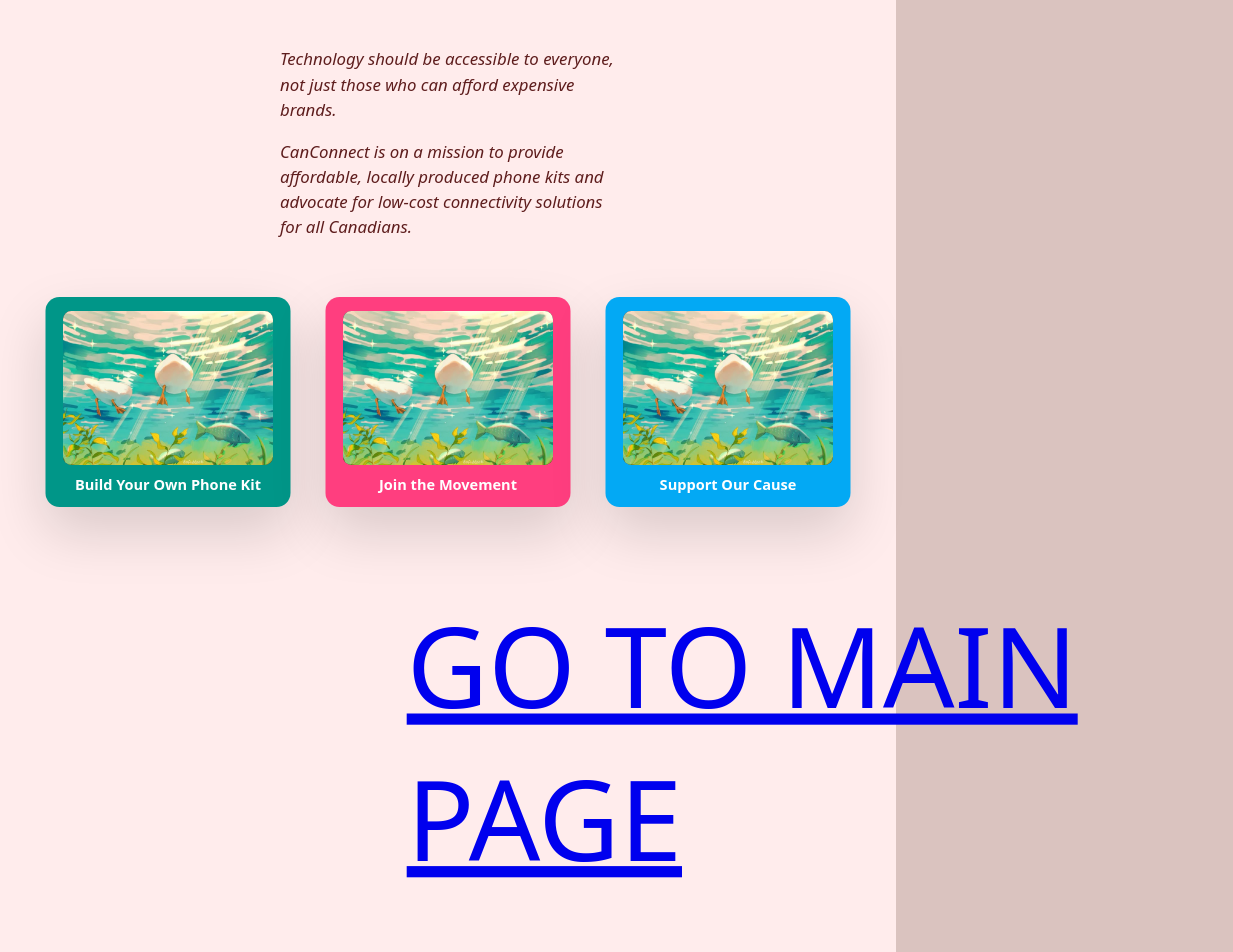
Repository: katelynyew/communityWebsite
Page: index.html
These files come from the project's save history. The page is drawn as it stood at one moment and after the next save; the edit follows.
The browser window is 1280 px wide. The page is 1761 px wide, so the pictures cover 1761 px, including what lies to the right of the window. The pictures show the part of the page from y = 2656 to 4016 px (the page is 4016 px tall before and 3612 px after), at 70% of full size.
Some web fonts or font styles are not loaded; a fallback is used. Some web libraries are served in a nearby version.

Above is the page before, as saved 2025-04-03 03:22:09.

### index.html
<!DOCTYPE html>
<html lang="en">
<head>
  <meta charset="UTF-8">
  <meta name="viewport" content="width=device-width, initial-scale=1.0">
  <link rel="stylesheet" href="./style.css" />

  <link rel="preconnect" href="https://fonts.googleapis.com">
  <link rel="preconnect" href="https://fonts.gstatic.com" crossorigin><link href="https://fonts.googleapis.com/css2?family=Ranchers&display=swap" rel="stylesheet">

  <title>Canconnect</title>
</head>
<body>

    <div class="landing">
      <!-- <nav>
        <h1 id="logo">CANConnect</h1>
        <a href="index.html">
          <img id="logo-img1" src="./can1.png" alt="CanConnect Logo" id="logo" />
        </a>
        <u1 class="nav-links">
          <li><a href="index.html" onclick="location.reload(); return false;">Home</a></li>
          <li><a href="https://sites.google.com/my.yorku.ca/canconnect/home">About Us</a></li>
          <li><a href="https://sites.google.com/my.yorku.ca/canconnect/tech-reshare-program?authuser=0">Our Project</a></li>
          <li><a href="https://sites.google.com/my.yorku.ca/canconnect/get-involved?authuser=0">Get Involved</a></li>
          <li><a href="https://sites.google.com/my.yorku.ca/canconnect/news-updates?authuser=0">News & Updates</a></li>
          <li><a href="https://sites.google.com/my.yorku.ca/canconnect/our-team?authuser=0">Staff</a></li>
          <li><a href="https://sites.google.com/my.yorku.ca/canconnect/connect?authuser=0">Contact Us</a></li>
        </u1>
      </nav> -->
      <div class="header">
        <div class="letters">
          <img id="logo-img2" src="can2.png" alt="CanConnect Logo">
          <!-- <h1 class="title">CANConnect</h1> -->
          <h2 class="big-text">“Connecting Canada, One Affordable Device at a Time”</h2>
        </div>
      </div>
      <div class="website-content">
        <div class="img-holder">
          <img src="./back.jpg" alt="Description of the image"/>
        </div>
      </div>
    </div>


  <div class="content-holder">
    <div class="intro-text">

      <h1 class="sub">
        “Connecting Canada, One Affordable Device at a Time”
      </h1>
      <p class="hide">
        <span class="text">Technology should be accessible to everyone, not just those who can afford expensive
          brands.</span>
      </p>

      <p class="hide">
        <span class="text">CanConnect is on a mission to provide affordable, locally produced phone kits and advocate for low-cost connectivity solutions for all Canadians.</span>
      </p>
    </div>
  </div>
  <div class="slider"></div>

  <div class="container">
    <div class="card" style="--clr:#009688;">
      <div class="cardimg">
        <img src="./card.jpeg" alt="">
      </div>
      <div class="card-content">
        <h2>Build Your Own Phone Kit</h2>
        <p>Empower yourself with affordable tech-build your own phone kit with CanConnect.</p>
        <a href="#">– Learn More</a>
      </div>
    </div>
    <div class="card" style="--clr:#ff3e7f;">
      <div class="cardimg">
        <img src="./card.jpeg" alt="">
      </div>
      <div class="card-content">
        <h2>Join the Movement</h2>
        <p>Want to be a part of the movement? Check out how you can help:</p>
        <a href="#">– Get involved</a>
      </div>
    </div>
    <div class="card" style="--clr:#03a9f4;">
      <div class="cardimg">
         <img src="./card.jpeg" alt="">
      </div>
      <div class="card-content">
        <h2>Support Our Cause</h2>
        <p>Support us in making technology more affordable for all.</p>
        <a href="#">– Donate today</a>
      </div>
    </div>
    <div class="home">
      <a href="https://sites.google.com/my.yorku.ca/canconnect/home">GO TO MAIN PAGE</a>
    </div>
  </div>



<script src="https://cdnjs.cloudflare.com/ajax/libs/gsap/3.8.0/gsap.min.js"></script>
<script src="https://cdnjs.cloudflare.com/ajax/libs/gsap/3.8.0/ScrollTrigger.min.js"></script>
<script src="./script.js"></script>

</body>
</html>

### style.css
*{
    margin: 0;
    padding: 0;
    box-sizing: border-box;
}
main {
    font-family: "Noto Sans", sans-serif;
}
html {
    overscroll-behavior: none;
}



html, body {
    font-family: "Noto sans", sans-serif;
    height: 100%;
    background-color: rgb(218, 195, 191);

}


.landing{
    min-height: 100vh;
    background-color: rgb(218, 195, 191);
    background-size: cover;
    display: flex;
    flex-direction: column;
    justify-content: top;
    align-content: flex-start;
    z-index: 2;
}
img {
    width: 100%;
    height: 100%;
    object-fit: cover;

}
nav {
    position: fixed;
    top: 0;
    right: 0;
    display: flex;
    align-items: center;
    justify-content: space-between;
    min-height: 10vh;
    max-width: 1200px; /* Prevents the nav from expanding too much */
    z-index: 20;


}


.nav-links {
    display: flex;  /* place the items side by side*/
    list-style: none;   /* get rid of bullet point*/
    gap: 2rem;  /* gap between each nav li element*/
    padding: 2em;

}

.nav-links li {
    /* padding-left: 10rem; */
    font-size: 1rem;
    font-weight: lighter;
    list-style: none;
    display: inline-block;
    padding: 5px 15px;
    border-radius: 5px;


}
.nav-links li:hover {
    border-color: #009688; /* Make border visible on hover */
    background-color: rgba(137, 2, 2, 0.475); /* Light background effect */
}

.nav-links li a {
    text-decoration: none; /* Remove underline */
    color: black; /* Change text color */
    font-weight: bold;
    display: block;
  }

#logo{
    position: fixed;
    top: 0;
    left: 100px;
    min-height: 10vh;
    padding: 20px 5px;
    font-family: "Noto Sans", sans-serif;
    font-weight: heavier;
    font-size: 2rem;
    z-index: 1000;


}
#logo-img1 {
    position: fixed; /* Keeps it in place even when scrolling */
    top: 0; /* Aligns to the very top */
    left: 50px; /* Aligns to the very left */
    max-width: 50px; /* Adjust size as needed */
    height: auto;
    padding: 10px; /* Adds some spacing */
}
#logo-img2 {
    max-width: 1000px;
    height: auto;
    display: block;
    margin: 0 auto;
}

.header {
    position: fixed;
    top: 5%;
    left: 0%;
    display: flex;
    width: 100%;
    z-index: 40;


}
.letters {
    flex: 1;
    display: flex;
    flex-direction: column; /*stacks children vertically */
    align-items: center;
    text-transform: uppercase;

}


.big-text {
    position: relative;
    font-size: 2rem;
    font-weight: heavier;
    text-align: center;
    color: rgb(202, 27, 27);
    margin: 2em 0em;
    top: 0rem;
    z-index: 40;

}

.website-content {

    position: relative;
    padding-top: 10em;
    width: 100%;
    height: 100%;

}

.img-holder {
    background-color: rgb(255, 235, 232);
    margin: 3em 0em;
    position: relative;
    top: 0%;
    width: 100%;
    height: 100vh;
    background: rgb(140, 229, 91);
    clip-path: polygon(37.5% 20%, 62.5% 20%, 62.5% 50%, 37.5% 50%);
    z-index: 10;
}

.img-holder img {
    position: relative;
    top: 0;
    left: 10px;
    transform: scale(1.1);
    height: 100vh;


}

.content-holder {
    position: relative;
    top: 170vh;
    width: 100%;
    background: rgb(255, 233, 233);
    color: white;
    margin-top: 17rem;
    margin-bottom: 8em;
    z-index: 6;
}
.intro-text {
    background: rgb(255, 236, 236);
    position: relative;
    top: 0%;
    width: 100%;
    height: 100vh;
    display: flex;
    flex-direction: column;
    justify-content: flex-start;
    align-items: center;
    color: rgb(94, 29, 29);
    font-family: "Noto Sans", sans-serif;
    padding: 10em 10em;

}
.sub {
    padding: 1em 2em;
    margin: 1em 1em;
    font-size: 3rem;
    text-align: center;
    width: 100%;
}
.intro-text p {
    margin-top: 1em;
    font-size: 1.5rem;
    width: 50%;
    text-align: left;
    line-height: 1.5;
    font-style: italic;
    font-weight: heavier;
}

.container {
    top:150vh;
    background-color: rgb(255, 236, 236);
    position: relative;
    display: flex;
    justify-content: center;
    align-items: center;
    flex-wrap: wrap;
    gap: 100px 50px;
    padding: 100px 50px;
    padding-top: 10rem;
    margin: 8em 0em;
}

.container  .card {
    position: relative;
    display: flex;
    justify-content: center;
    align-items: flex-start;
    width: 350px;
    height: 300px;
    background-color: var(--clr);
    border-radius: 20px;
    box-shadow: 0 35px 80px rgba(0,0,0,0.15);
    transition: 0.5s;
    overflow: hidden;

}
.container  .card:hover {
    height: 400px;
}
.container  .card   .cardimg {
    position: absolute;
    top: 20px;
    width: 300px;
    height: 220px;
    background: #333;
    border-radius: 12px;
    overflow: hidden;
    transition: 0.5s;
}

.container  .card:hover .cardimg {
    top: -100px;
    scale: 0.75;
    box-shadow: 0 15px 45px rgba(0,0,0,0.2);
}
.container  .card   .cardimg img {
    position: absolute;
    top: 0;
    left: 0;
    width: 100%;
    height: 100%;

    object-fit: cover;
}

.container  .card   .card-content {
    position: absolute;
    top: 252px;
    width: 100%;
    padding: 0 30px;
    height: 35px;
    overflow: hidden;
    text-align: center;
    transition: 0.5s;
    display: flex;
    flex-direction: column;
    justify-content: left;
    align-items: center;
}

.container  .card:hover .card-content {
    top: 130px;
    height: 250px;

}
.container  .card   .card-content h2 {
    font-size: 1.3em;
    font-weight: 700;
    color: white;
    line-height: 2rem;
}

.container  .card   .card-content p {
    font-size: 1em;
    text-align: left;
    color: #f8e9e9;
    padding: 5em 0em;


}
.container  .card   .card-content a {
    position: relative;
    top: 15px;
    display: inline-block;
    padding: 12px 25px;
    background: rgb(100, 64, 64);
    color: white;
    font-weight: 500;
    text-decoration: none;
    border-radius: 8px;
}

.home {
    position: relative;
    left: 45%;
    top: 1rem;
    width: 100%;
    font-size: 10rem;
    color: black;


}

.home   .a {
    font-size: 10rem;
    color: black;

}

/* .hide {
    background: black;
    overflow: hidden;
}
*/
/*
.hide span{         /*move down the hide
    transform: translateY(100%);
    display: inline-block;  /*span is inline element
}
*/

### script.js
const tl = gsap.timeline({defaults: {ease: 'power1.out'}});


// tl.to('.slider', {y: "-100%", duration: 1.5, delay: 0.5});
// tl.to(".intro", {y: "-100%", duration: 1}, "-=1");  /*   -=1 means start one sec faster*/
// tl.fromTo("nav", {opacity: 0}, {opacity: 1, duration: 1});
// tl.fromTo(".big-text", {opacity: 0}, {opacity: 1, duration: 1});

gsap.registerPlugin(ScrollTrigger);

document.addEventListener("DOMContentLoaded", function() {
    const contentHolderHeight = document.querySelector(".content-holder").offsetHeight;
    const imgHolderHeight = window.innerHeight;
    const additionalScrollHeight = window.innerHeight;


    const totalBodyHeight = contentHolderHeight + imgHolderHeight + additionalScrollHeight;
    document.body.style.height = `${totalBodyHeight}px`;
});

// Reset the page when it loads
window.addEventListener('load', () => {
    // Reset any GSAP animations or properties
    gsap.set("nav", { opacity: 0 });  // Set nav to invisible
    gsap.set(".header", { opacity: 1 });  // Reset header to visible
    gsap.set(".website-content", { position: 'absolute', top: 'auto' });  // Reset the position of website content

    // Ensure ScrollTrigger resets
    ScrollTrigger.refresh();
});

// Initially set the nav to be invisible
gsap.set("nav", { opacity: 0 });

// ScrollTrigger to fade in the nav after scrolling past the website-content section
gsap.to("nav", {
    opacity: 1,  // Fade in the nav
    scrollTrigger: {
        trigger: ".website-content",  // Trigger after the website-content section
        start: "bottom top",  // Start when the bottom of .website-content hits the top of the viewport
        end: "bottom top",  // Continue for the entire scroll of website-content

        markers: false,  // Optional: Remove if you don't need markers
        toggleActions: "play none none reverse", // Re-trigger on scroll
    }
});

// ScrollTrigger to fade out the nav after scrolling back up
gsap.to("nav", {
    opacity: 0,  // Fade out the nav
    scrollTrigger: {
        trigger: ".website-content",  // Trigger after the website-content section
        start: "top top",  // Start when the top of .website-content hits the top of the viewport
        end: "+=100%",  // Continue for the entire scroll of website-content
        scrub: 0.5,
        markers: false,  // Optional: Remove if you don't need markers
        toggleActions: "reverse none none play", // Re-trigger on scroll
    }
});

// ScrollTrigger for fading out header
gsap.to(".big-text", {
    opacity: 0,  // Fade out
    scrollTrigger: {
        trigger: ".website-content",
        start: "top top",  // Start fading out when the top of the website-content reaches the top of the viewport
        end: "+=100%",  // Keep fading out while scrolling further
        scrub: 1,  // Smooth transition based on scroll
        onEnter: () => gsap.to(".big-text", { opacity: 0, duration: 1 }),
        onLeaveBack: () => gsap.to(".big-text", { opacity: 1, duration: 1 }),  // Fade in when scrolling back

    }
});

gsap.to("#logo-img2", {
    y: "-200px", // Move the title up
    duration: 1,
    ease: "power1.out",
    scrollTrigger: {
        trigger: ".website-content",
        start: "top top", // Start when .title is near the top of the viewport
        end: "+=100%", // End when it reaches this position
        scrub: 1, // Smooth animation
        markers: false // Set to true if you want to see scroll markers
    }
});

ScrollTrigger.create({
    trigger: ".website-content",
    start: "-0.1% top",
    end: "bottom bottom",
    onEnter: () => {
        gsap.set(".website-content", { position: 'fixed', top: '0' });
    },

    onLeaveBack: () => {
        gsap.set(".website-content", { position: 'absolute', top: 'auto' });
    }

});



gsap.to(".img-holder", {
    //scale: 1,
    rotation: 0,
    clipPath: 'polygon(0% 0%, 100% 0%, 100% 100%, 0% 100%)',
    ease: "power2.inOut",
    trigger: ".img-holder",
    scrollTrigger: {
        start: "top top",
        end: `+=200%`,
        scrub: 1,

    }
});

ScrollTrigger.create({
    trigger: ".img-holder",
    start: "top top",
    end: "+=200%",
    pin: true,
    anticipatePin: 1,
    onLeave: () => {
        gsap.set(".website-content", { position: "absolute", top: "auto" }); // Unpin the image
    },
    onLeaveBack: () => {
        gsap.set(".website-content", { position: "absolute", top: "auto" }); // Ensure the image scrolls back properly
    }

});

// gsap.to(".header .letters:first-child", {
//     x: () => -innerWidth *3,
//     scale: 10,
//     ease: "power2.inOut",
//     scrollTrigger: {
//         start: "top top",
//         end: `+=200%`,
//         scrub: 1
//     }
// });
// gsap.to(".header .letters:last-child", {
//     x: () => innerWidth *3,
//     scale: 10,
//     ease: "power2.inOut",
//     scrollTrigger: {
//         start: "top top",
//         end: `+=200%`,
//         scrub: 1
//     }
// });

After the next save:
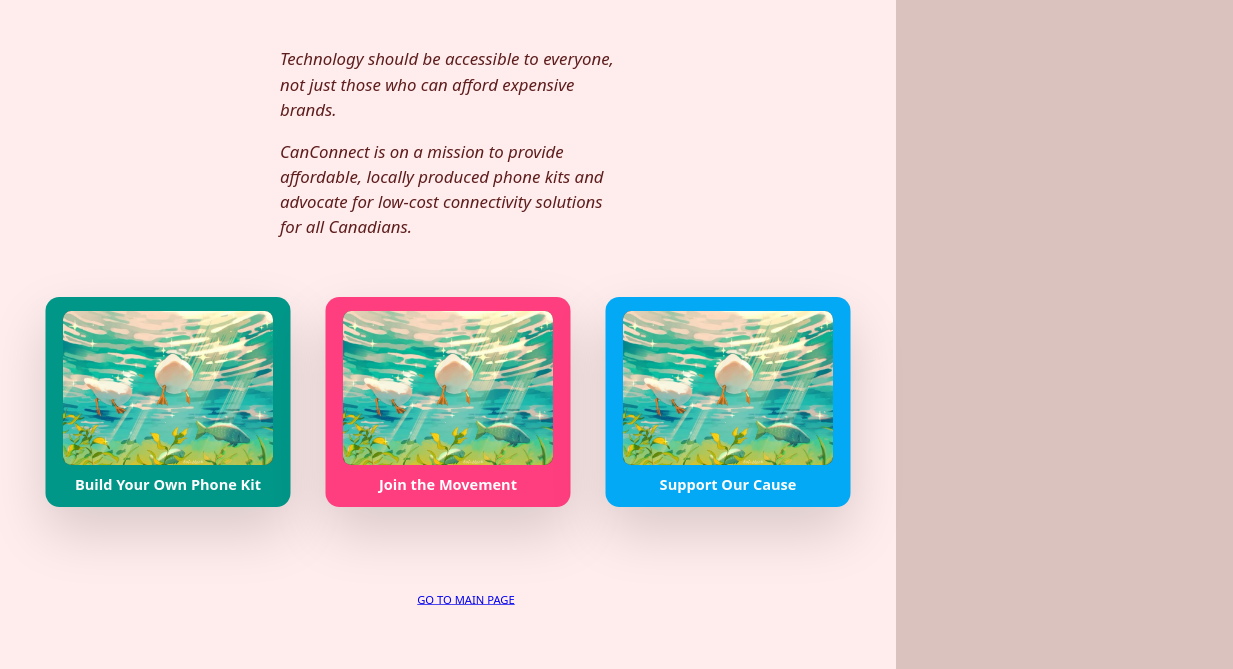
Saved 76 s later.
--- a/style.css
+++ b/style.css
@@ -326,7 +326,12 @@
     width: 100%;
     font-size: 10rem;
     color: black;
-
+    font-size: 1rem;
+    font-weight: lighter;
+    list-style: none;
+    display: inline-block;
+    padding: 5px 15px;
+    border-radius: 5px;
 
 }
 
